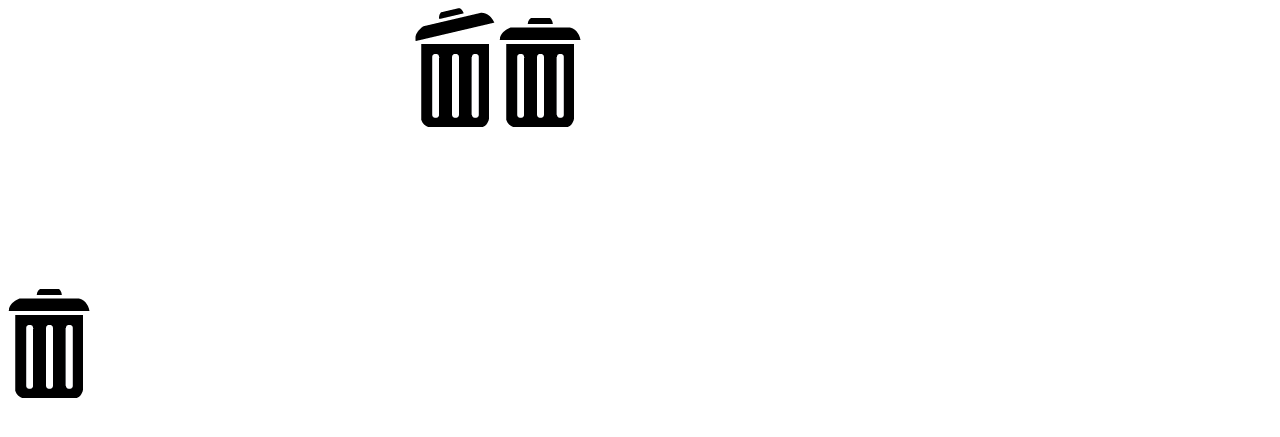
Repository: raghu225/raghu225.github.io
Page: space/index.html
The author's editor kept a record of every edit. The page is drawn from the files as they stood at one moment, then again after the next edit.
The browser window is 1280 px wide. The pictures show the whole page.

Above is the page before.

### space/index.html
<html>

    <head>
        <title>Urvi | Space</title>
        <link href="assets/css/style.css" rel="stylesheet" type="text/css" />
    </head>

    <body>

    <div id="bin">
        <img class="bottom" src="assets/images/opentrashcan.png" />
        <img class="top" src="assets/images/trashcan.png" />
    </div>
    <img src="assets/images/trashcan.png" class="bin"></img>

    </body>

### space/assets/css/style.css
#bin {
  position:relative;
  height:281px;
  width:450px;
  margin:0 auto;
}

#cf img {
  position:absolute;
  left:0;
  -webkit-transition: opacity 1s ease-in-out;
  -moz-transition: opacity 1s ease-in-out;
  -o-transition: opacity 1s ease-in-out;
  transition: opacity 1s ease-in-out;
}

#cf img.top:hover {
  opacity:0;
}

After the next edit:
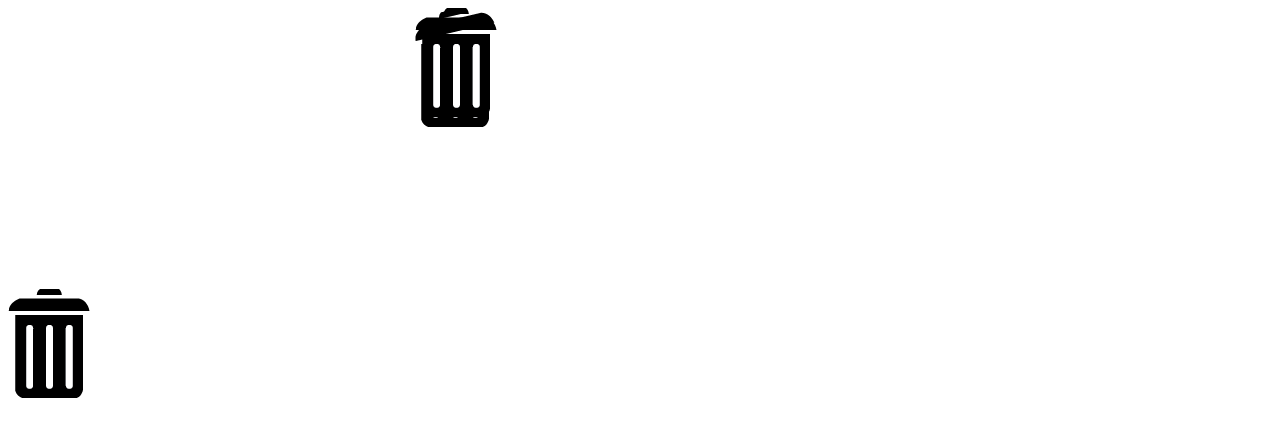
The edit:
--- a/space/assets/css/style.css
+++ b/space/assets/css/style.css
@@ -5,7 +5,7 @@
   margin:0 auto;
 }
 
-#cf img {
+#bin img {
   position:absolute;
   left:0;
   -webkit-transition: opacity 1s ease-in-out;
